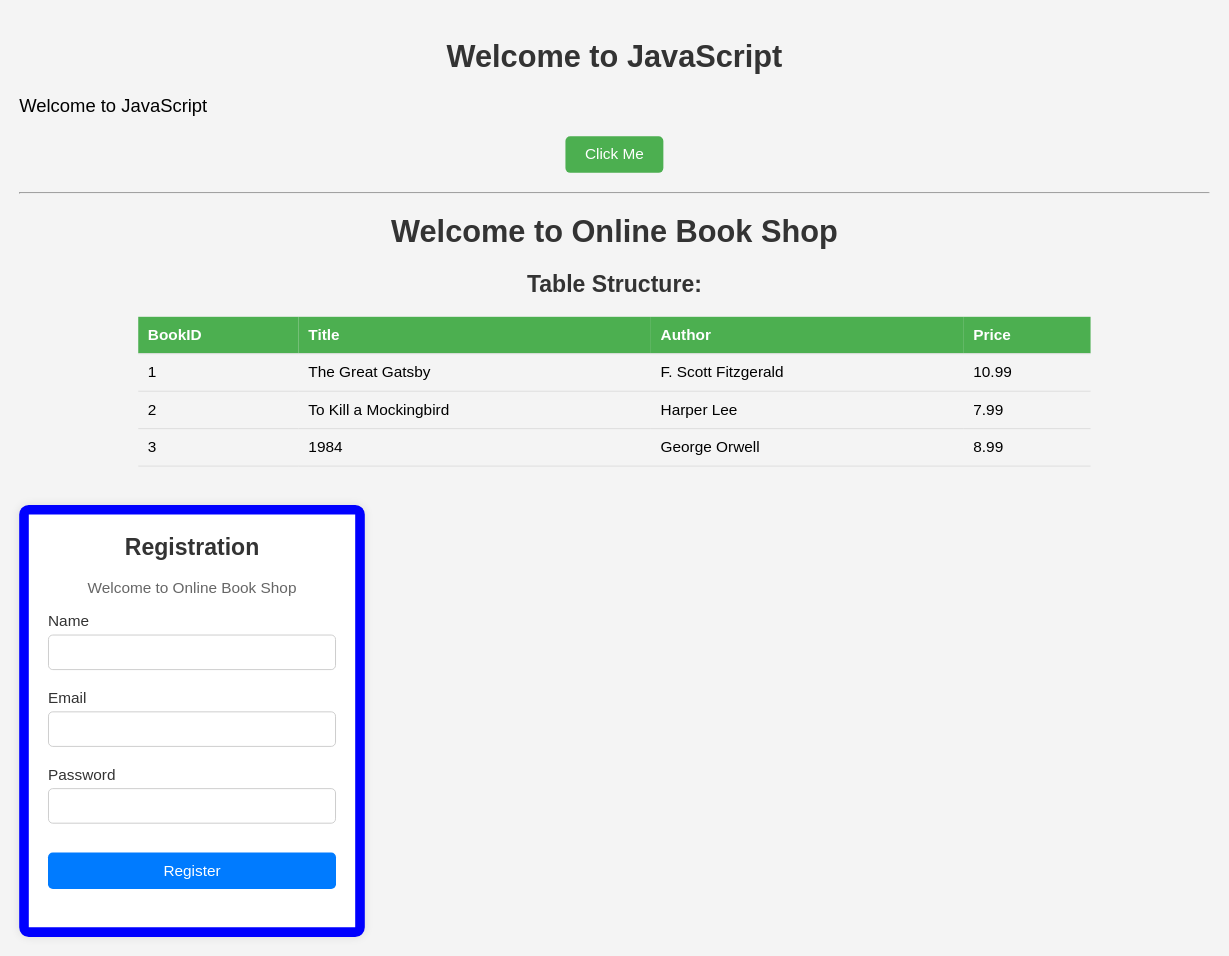
Repository: paridhi3/Java-Training
Page: shop/src/main/resources/static/index.html
These files come from the project's save history. The page is drawn as it stood at one moment and after the next save; the edit follows.
The browser window is 1280 px wide. The pictures show the whole page, at 96% of full size.
The page's requests for data from a server got no answer.

Above is the page before, as saved 2025-02-28 07:48:25.
Console error: SyntaxError: Identifier 'user2' has already been declared

### shop/src/main/resources/static/index.html
<!DOCTYPE html>
<html>

<head>
	<meta charset="ISO-8859-1">
	<title>Online Book Shop</title>
	<link rel="stylesheet" href="styles.css">
</head>

<Script>
	function example(){
		let x=10;
		if(true){
			let x = 20;
			console.log(x);
		}
		console.log(x);
	}
	example();

//------------------------------------------------------------------------------------------------------------------

	// Loose Equal (==)
	console.log("5" == 5); // true
	console.log(5 == 5);   // true
	console.log("5" == 6); // false
	// Strict Equal (===)
	console.log("5" === 5);   // false (different types)
	console.log(5 === 5);     // true (same type and value)
	console.log("5" === "5"); // true (same type and value)
	// Not Equal (!=)
	console.log("5" != 5); // false (values are the same)
	console.log(5 != 6);   // true  (values are different)
	// Strict Not Equal (!==)
	console.log("5" !== 5);   // true (different types)
	console.log(5 !== 5);     // false (same type and value)
	console.log("5" !== "5"); // false (same type and value)
	// Logical AND (&&)
	console.log(5 > 3 && 5 > 2); // true (both conditions are true)
	console.log(5 > 3 && 5 < 2); // false (second condition is false)
	// Logical OR (||)
	console.log(5 > 3 || 5 < 2); // true (first condition is true)
	console.log(5 < 3 || 5 < 2); // false (both conditions are false)
	// Logical NOT (!)
	console.log(!(5 > 3)); // false (because 5 > 3 is true, and NOT true is false)
	console.log(!(5 < 3)); // true  (because 5 < 3 is false, and NOT false is true)

	let name = "Tanuj";
    console.log("Hello, " + name + " Welcome");

    name = "Tanuj";
    console.log(`Hello, ${name} Welcome`);

    let text1 = "This is line1. \n" + "This is line2.";
    console.log(text1);

    text1 = `This is line1.
			This is line2.`;
    console.log(text1);

    let product = "Laptop";
    let price = 55000;
    console.log(`The price of ${product} is ${price}`);

//------------------------------------------------------------------------------------------------------------------

 	// String Methods
    let text = "  JavaScript is Awesome!  ";
    console.log("Original Text:", text);

    console.log("Length:", text.length);
    console.log("To Upper Case:", text.toUpperCase());
    console.log("To Lower Case:", text.toLowerCase());
    console.log("Trimmed Text:", text.trim());
    console.log("Slice (2, 10):", text.slice(2, 10));
    console.log("Replace 'Java' with 'Type':", text.replace("Java", "Type"));

    let text2 = "value1, value2, value3";
    console.log("Split by comma:", text2.split(","));

//------------------------------------------------------------------------------------------------------------------

	// Array Methods
    let numbers = [10, 20, 30, 40, 50];
    let gadgets = ["Laptop", "Smartphone", "TV"];

    console.log("\nOriginal Arrays:");
    console.log("Numbers:", numbers);
    console.log("Gadgets:", gadgets);

    console.log("\nAccess Element (index 2):", gadgets[2]);

    // Modifying arrays
    gadgets.push("Earphone");
    console.log("After Push:", gadgets);

    gadgets.pop();
    console.log("After Pop:", gadgets);

    gadgets.shift();
    console.log("After Shift:", gadgets);

    gadgets.unshift("Mic");
    console.log("After Unshift:", gadgets);

    console.log("Index of 'Smartphone':", gadgets.indexOf("Smartphone"));
    console.log("Includes 'Earphone':", gadgets.includes("Earphone"));

    console.log("Slice (1, 3):", gadgets.slice(1, 3));

    gadgets.splice(1, 2);
    console.log("After Splice (1, 2):", gadgets);

    console.log("Join with '-':", gadgets.join("-"));

    gadgets.reverse();
    console.log("After Reverse:", gadgets);

    gadgets.sort();
    console.log("After Sort:", gadgets);

    // Looping through arrays
    console.log("\nUsing forEach:");
    gadgets.forEach((gadget) => console.log(gadget));

//------------------------------------------------------------------------------------------------------------------

    // Using map()
    let squaredNumbers = numbers.map(num => num * num);
    console.log("Squared Numbers:", squaredNumbers);

//------------------------------------------------------------------------------------------------------------------

    // objects can have functions as properties
    let person = {
      name: "Tanuj",
      age: 25,
      city: "HD",
      hasvotercard: true
    };
    delete person.hasvotercard;
    console.log(person); // { name: 'Tanuj', age: 25, city: 'HD' }

    // Object with a function as a property
    let user = {
      name: "Tanuj",
      greet() {
    console.log(`Hello, my name is ${this.name}`);
      }
    };
    user.greet(); // Hello, my name is Tanuj

    // Object Destructuring
    let { name1, age, city } = person;
    console.log(name1); // Tanuj
    console.log(age);  // 25
    console.log(city); // HD

    // Object Spread Operator - Copying an object
    let obj1 = { a: 12, b: 15 };
    let obj2 = { ...obj1, c: 20 };
    console.log(obj2); // { a: 12, b: 15, c: 20 }

    // Object Spread Operator - Merging objects
    let userInfo = { name1: "Tanuj", age: 25 };
    let userLocation = { city: "HD", country: "India" };
    let userAllData = { ...userInfo, ...userLocation };
    console.log(userAllData);

      for (let key in person) {
            console.log(key + ": " + person[key]);
        }

        for (let gadget of gadgets) {
            console.log(gadget);
        }

        for (let number of numbers) {
            console.log(number);
        }

//------------------------------------------------------------------------------------------------------------------

        const add = function(a, b) {
            return a + b;
        };
        console.log(add(4, 5));

        const multiply = (x, y) => x * y;
        console.log(multiply(12, 23));

        const cube = x => x * x * x;
        console.log(cube(5));

        const greet = (name) => {
            let message = `Hello, ${name}, Welcome`;
            return message;
        };
        console.log(greet("Tanuj"));

        // Higher Order Function (HOF)
        const hofExample = (fn, x, y) => {
            return fn(x, y);
        };
        console.log(hofExample(add, 4, 5));

        // Object with function as property
        let user2 = {
            name: "Tanuj",
            greet: function() {
                console.log(`Hello, my name is ${this.name}`);
            }
        }

//------------------------------------------------------------------------------------------------------------------

     	// Hotel room data
        const hotelRooms = [
            { type: "Standard", price: 5000, available: true },
            { type: "Deluxe", price: 8000, available: true },
            { type: "Suite", price: 12000, available: false },
            { type: "Penthouse", price: 15000, available: true }
        ];

        function findAvailableRooms(rooms, minPrice, maxPrice) {
            const availableRooms = [];

            rooms.forEach(room => {
                if (room.available && room.price >= minPrice && room.price <= maxPrice) {
                    availableRooms.push({ type: room.type, price: room.price });
                }
            });

            return availableRooms;
        }

        const availableRooms = findAvailableRooms(hotelRooms, 5000, 10000);

        console.log(availableRooms);

//------------------------------------------------------------------------------------------------------------------

     	// Shopping cart
        const cartItems = [
            { name: "Laptop", price: 40000, quantity: 1 },
            { name: "Smartphone", price: 20000, quantity: 2 },
            { name: "Headphones", price: 1500, quantity: 3 },
            { name: "Book", price: 500, quantity: 4 }
        ];

        function generateReceipt(cart) {
            let receipt = "Receipt:\n\n";
            let totalAmount = 0;

            cart.forEach(item => {
                const name = item.name;
                const price = item.price;
                const quantity = item.quantity;
                const itemTotal = price * quantity;
                receipt += `Item: ${name}\nPrice: ${price}\nQuantity: ${quantity}\nTotal: ${itemTotal}\n\n`;
                totalAmount += itemTotal;
            });

            receipt += `Grand Total: ${totalAmount}`;

            return receipt;
        }

        console.log(generateReceipt(cartItems));

//------------------------------------------------------------------------------------------------------------------

     	// Student data
        const studentData = {
            name: "Tanuj",
            marks: { Maths: 95, Science: 97, Computers: 98 }
        };

        const generateReportCard = (studentData) => {
            const marks = studentData.marks;
            const totalMarks = marks.Maths + marks.Science + marks.Computers; // Corrected property names
            const subjectsCount = Object.keys(marks).length;
            const averageMarks = totalMarks / subjectsCount;
            const percentage = (totalMarks / (subjectsCount * 100)) * 100;

            return {totalMarks, averageMarks, percentage};
        };

        const reportCard = generateReportCard(studentData);
        console.log(`Total Marks: ${reportCard.totalMarks}`);
        console.log(`Average Marks: ${reportCard.averageMarks}`);
        console.log(`Percentage: ${reportCard.percentage}%`);

//------------------------------------------------------------------------------------------------------------------

	document.addEventListener("DOMContentLoaded", () => {

	    // 1. Select elements using different methods
	    const heading = document.getElementById("heading");
	    console.log(heading);
	    const messages = document.getElementsByClassName("message");
	    console.log(messages);
	    const h1Headings = document.getElementsByTagName("h1");
	    console.log(h1Headings);

	    // Query Selectors
	    const headingQuery = document.querySelector("#heading");
	    console.log(headingQuery);
	    const messageQuery = document.querySelector(".message");
	    console.log(messageQuery);

	    // 2. Modifying DOM Elements
	    if (heading) {
	        console.log("Original Heading:", heading.textContent);
	        heading.textContent = "-- New Content --";
	        console.log(heading.textContent);
	    }

	    if (messageQuery) {
	        messageQuery.innerHTML = "<strong>Updated Message</strong>";
	    }

	    // Disable a button
	    const button = document.querySelector("#btn");
	    if (button) {
	        button.setAttribute("disabled", "true"); // Disable the button
	    }

	    // 3. Event Handling
	    if (button) {
	        button.removeAttribute("disabled"); // Enable button again
	        button.addEventListener("click", () => {
	            heading.textContent = "Heading Changed!";
	            alert("Button Clicked!");
	        });

	        // Change background color on mouseover
	        button.addEventListener("mouseover", () => {
	            button.style.backgroundColor = "lightblue";
	        });

	        button.addEventListener("mouseout", () => {
	            button.style.backgroundColor = "";
	        });
	    }

	    // Keypress event listener
	    document.addEventListener("keypress", (event) => {
	        console.log("Key Pressed:", event.key);
	    });
	});

//------------------------------------------------------------------------------------------------------------------

	// callback
	function fetchData(callback) {
		console.log("Testing callback: Fetching data...");
		setTimeout(() => {
			let data = {name: "Tanuj", age:25};
			callback(data);
		}, 1000);
	}

	function processData(data) {
		console.log("Testing callback: Processing data...", data);
	}

	fetchData(processData);

//------------------------------------------------------------------------------------------------------------------

	// promises
	function fetchDataPromise() {
	    console.log("Testing promise: Fetching data...");
	    return new Promise((resolve, reject) => {
	        setTimeout(() => {
	            let success = true;
	            if (success) {
	                resolve({ name: "Tanuj", age: 25 }); // promise fulfilled
	            } else {
	                reject("Testing promise: Error: Failed to fetch data");
	            }
	        }, 1000);
	    });
	}

	fetchDataPromise()
	    .then((data) => {
	        console.log("Testing promise: Processing data...", data);
	    })
	    .catch((error) => {
	        console.log(error);
	    });

//------------------------------------------------------------------------------------------------------------------

	// chaining
	function fetchDataChaining() {
	    console.log("Testing chaining: Fetching data...");
	    return new Promise((resolve, reject) => {
	        setTimeout(() => {
	            let success = true;
	            if (success) {
	                resolve({ name: "Tanuj", age: 25 }); // promise fulfilled
	            } else {
	                reject("Testing chaining: Error: Failed to fetch data");
	            }
	        }, 1000);
	    });
	}

	fetchDataChaining()
	    .then((data) => {
	        console.log("Testing chaining: Processing data...", data);
	        return{...data, city:"London"};
	    })
	    .then((updatedData) => {
	    	console.log("Testing chaining: Processing updatedData...", updatedData);
	    })
	    .catch((error) => {
	        console.log(error);
	    });

//------------------------------------------------------------------------------------------------------------------

	// async await
	function fetchDataAsync() {
	   console.log("Testing async: Fetching data...");
	   return new Promise((resolve, reject) => {
	       setTimeout(() => {
	           let success = true;
	           if (success) {
	               resolve({ name: "Tanuj", age: 25 }); // promise fulfilled
	           } else {
	               reject("Testing async: Error: Failed to fetch data");
	           }
	       }, 1000);
	   });
	}

	async function getDataAsync() {
	    try {
	        let data = await fetchDataAsync();
	        console.log("Testing async: Processing data...", data);

	        let updatedData = { ...data, city: "Noida" };
	        console.log("Testing async: Processing updated data...", updatedData);
	    } catch (error) {
	        console.log("Testing async: Error: ", error);
	    }
	}

	getDataAsync();

//------------------------------------------------------------------------------------------------------------------

	// fetch api
	function fetchUserData1() {
		console.log("Testing fetch api: Fetching users data...");
		fetch("https://jsonplaceholder.typicode.com/users")
		.then((response) => {
			if(!response.ok) {
				throw new Error('Http error : status : $(response.status)');
			}
			return response.json();
		})
		.then((data) => {
			console.log("Testing fetch api: Users data: ", data);
		})
		.catch((error) => {
			console.log("Testing fetch api: Error: ", error);
		})
	}

	fetchUserData1();

//------------------------------------------------------------------------------------------------------------------

	// fetch api using async/await
	async function fetchUserData2() {
	    console.log("Testing fetch api async/await: Fetching users data...");

	    try {
	        let response = await fetch("https://jsonplaceholder.typicode.com/users");
	        if (!response.ok) {
	            throw new Error('Http error: status ${response.status}');
	        }

	        let data = await response.json();
	        console.log("Testing fetch api async/await: Users data: ", data);
	    } catch (error) {
	        console.log("Testing fetch api async/await: Error: ", error);
	    }
	}

	fetchUserData2();

//------------------------------------------------------------------------------------------------------------------

	// fetch api with parameters

	async function fetchUserData3(id) {
		console.log("Testing fetch api with parameters: Fetching data...");
	    try {
	        const response = await fetch("https://jsonplaceholder.typicode.com/users");
	        if (!response.ok) {
	            throw new Error('HTTP error: status : ${response.status}');
	        }
	        const data = await response.json();
	        console.log("Testing fetch api with parameters: User Data: ", data[id-1]);
	    } catch (error) {
	        console.log("Error: ", error);
	    }
	}

	fetchUserData3(3);

//------------------------------------------------------------------------------------------------------------------

	// fetch api: fetch multiple users
	async function fetchMultipleUsers(userIds) {
	    console.log("Testing fetch api for multiple users: Fetching data... ");

	    const userPromises = userIds.map(userId => {
	        const url = `https://jsonplaceholder.typicode.com/users/${userId}`;
	        return fetch(url)
	            .then(response => {
	                if (!response.ok) {
	                    throw new Error(`Http error: status ${response.status}`);
	                }
	                return response.json();
	            });
	    });

	    try {
	        const usersData = await Promise.all(userPromises);
	        console.log("Testing fetch api for multiple users: Users data:", usersData);
	    } catch (error) {
	        console.log("Testing fetch api for multiple users: Error fetching multiple users:", error);
	    }
	}

	fetchMultipleUsers([2, 6, 9]);

//------------------------------------------------------------------------------------------------------------------

	// post request
	function fetchUserData4() {
    fetch("https://jsonplaceholder.typicode.com/users")
        .then((response) => {
            if (!response.ok) {
                throw new Error(`Http error: status : ${response.status}`);
            }
            return response.json();
        })
        .then((data) => {
            console.log("User Data: ", data);
        })
        .catch((error) => {
            console.log("Error: ", error);
        });
	}


	//Function to create a new user (POST request)
	function createUser(newUser) {
	    fetch("https://jsonplaceholder.typicode.com/users", {
	        method: "POST",
	        headers: {
	            "Content-Type": "application/json" // Indicates JSON data is being sent
	        },
	        body: JSON.stringify(newUser) // Converts the object to a JSON string
	    })
	    .then(response => response.json())
	    .then(data => {
	        console.log("User created successfully:", data); // Success message
	    })
	    .catch(error => {
	        console.error("Error creating user:", error); // Error handling
	    });
	}

	// Example usage of createUser function
	let user2 = { name: "abc", email: "gaihsd@gmail.com" };
	createUser(user2);


	fetchUserData4();

//------------------------------------------------------------------------------------------------------------------



</Script>

<body>

	<h1 id='heading'> Welcome to JavaScript</h1>
	<p class="message"> Welcome to JavaScript </p>
	<button id='btn'>Click Me</button>
	<hr>
<!-- ----------------------------------------------------------------------------------------------------- -->
	<h1>Welcome to Online Book Shop</h1>

    <h2>Table Structure:</h2>
    <table>
        <tr>
            <th>BookID</th>
            <th>Title</th>
            <th>Author</th>
            <th>Price</th>
        </tr>
        <tr>
            <td>1</td>
            <td>The Great Gatsby</td>
            <td>F. Scott Fitzgerald</td>
            <td>10.99</td>
        </tr>
        <tr>
            <td>2</td>
            <td>To Kill a Mockingbird</td>
            <td>Harper Lee</td>
            <td>7.99</td>
        </tr>
        <tr>
            <td>3</td>
            <td>1984</td>
            <td>George Orwell</td>
            <td>8.99</td>
        </tr>
    </table>

    <div class="form-container">
		<form class="registration-form">
			<h2>Registration</h2>
			<p>Welcome to Online Book Shop</p>
			<label for="name">Name</label>
			<input type="text" id="name" name="name" required>
			<label for="email">Email</label>
			<input type="email" id="email" name="email" required>
			<label for="password">Password</label>
			<input type="password" id="password" name="password" required>
			<button type="submit">Register</button>
		</form>
	</div>


</body>
</html>

### shop/src/main/resources/static/styles.css
@charset "ISO-8859-1";

.message {
    font-size: 1.2em;
    margin-top: 20px;
}

button {
    display: block;
    margin: 20px auto;
    padding: 10px 20px;
    font-size: 1em;
    color: #fff;
    background-color: #4CAF50;
    border: none;
    border-radius: 5px;
    cursor: pointer;
    transition: background-color 0.3s ease;
}

button:disabled {
    background-color: #ccc;
    cursor: not-allowed;
}

button:hover:not(:disabled) {
    background-color: #45a049;
}











body {
            font-family: Arial, sans-serif;
            background-color: #f4f4f4;
            margin: 0;
            padding: 20px;
        }

        h1 {
            text-align: center;
            color: #333;
        }

        h2 {
            text-align: center;
            color: #333;
        }

        table {
            width: 80%;
            margin: 20px auto;
            border-collapse: collapse;
        }

        th, td {
            padding: 10px;
            text-align: left;
            border-bottom: 1px solid #ddd;
        }

        th {
            background-color: #4CAF50;
            color: white;
        }

        tr:hover {
            background-color: #f1f1f1;
        }


/* Form Container */
.form-container {
    background-color: #fff;
    padding: 20px;
    border-radius: 10px;
    box-shadow: 0 0 10px rgba(0, 0, 0, 0.1);
    border: 10px solid blue;
    width: 300px;
    margin-top: 40px;
}

/* Form Styles */
.registration-form h2 {
    margin-top: 0;
    text-align: center;
    color: #333;
}

.registration-form p {
    text-align: center;
    color: #666;
}

.registration-form label {
    display: block;
    margin: 10px 0 5px;
    color: #333;
}

.registration-form input {
    width: 100%;
    padding: 10px;
    margin-bottom: 10px;
    border: 1px solid #ccc;
    border-radius: 5px;
    box-sizing: border-box;
}

.registration-form button {
    width: 100%;
    padding: 10px;
    background-color: #007bff;
    color: #fff;
    border: none;
    border-radius: 5px;
    cursor: pointer;
    transition: background-color 0.3s;
}

.registration-form button:hover {
    background-color: #0056b3;
}

.links {
    display: flex;
    justify-content: space-between;
    margin-top: 10px;
}

.links a {
    color: #007bff;
    text-decoration: none;
}

.links a:hover {
    text-decoration: underline;
}

After the next save:
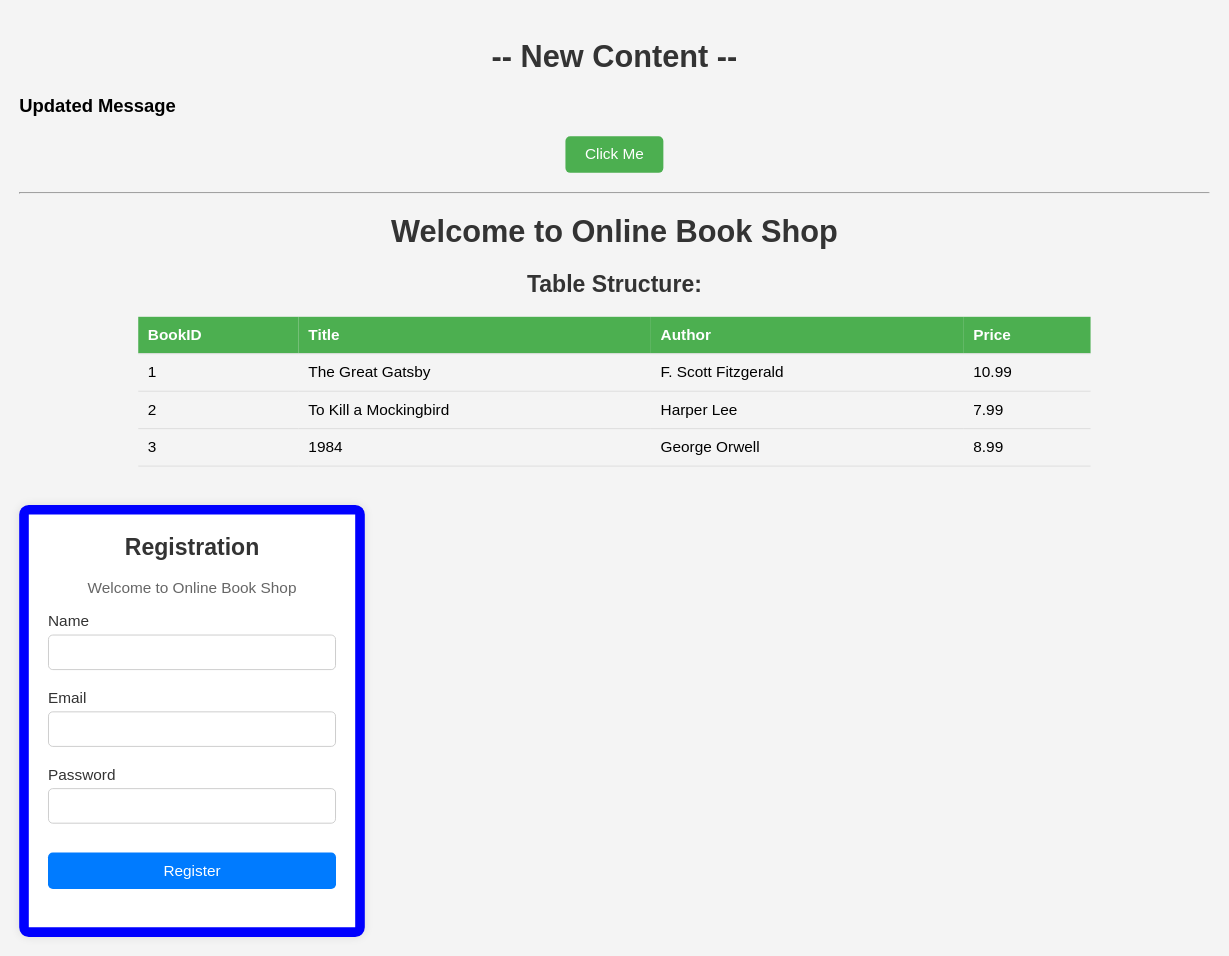
The error is gone.
Saved 27 s later.
--- a/shop/src/main/resources/static/index.html
+++ b/shop/src/main/resources/static/index.html
@@ -580,9 +580,7 @@
 	    });
 	}
 
-	// Example usage of createUser function
-	let user2 = { name: "abc", email: "gaihsd@gmail.com" };
-	createUser(user2);
+	createUser({ name: "abc", email: "gaihsd@gmail.com" });
 
 
 	fetchUserData4();
